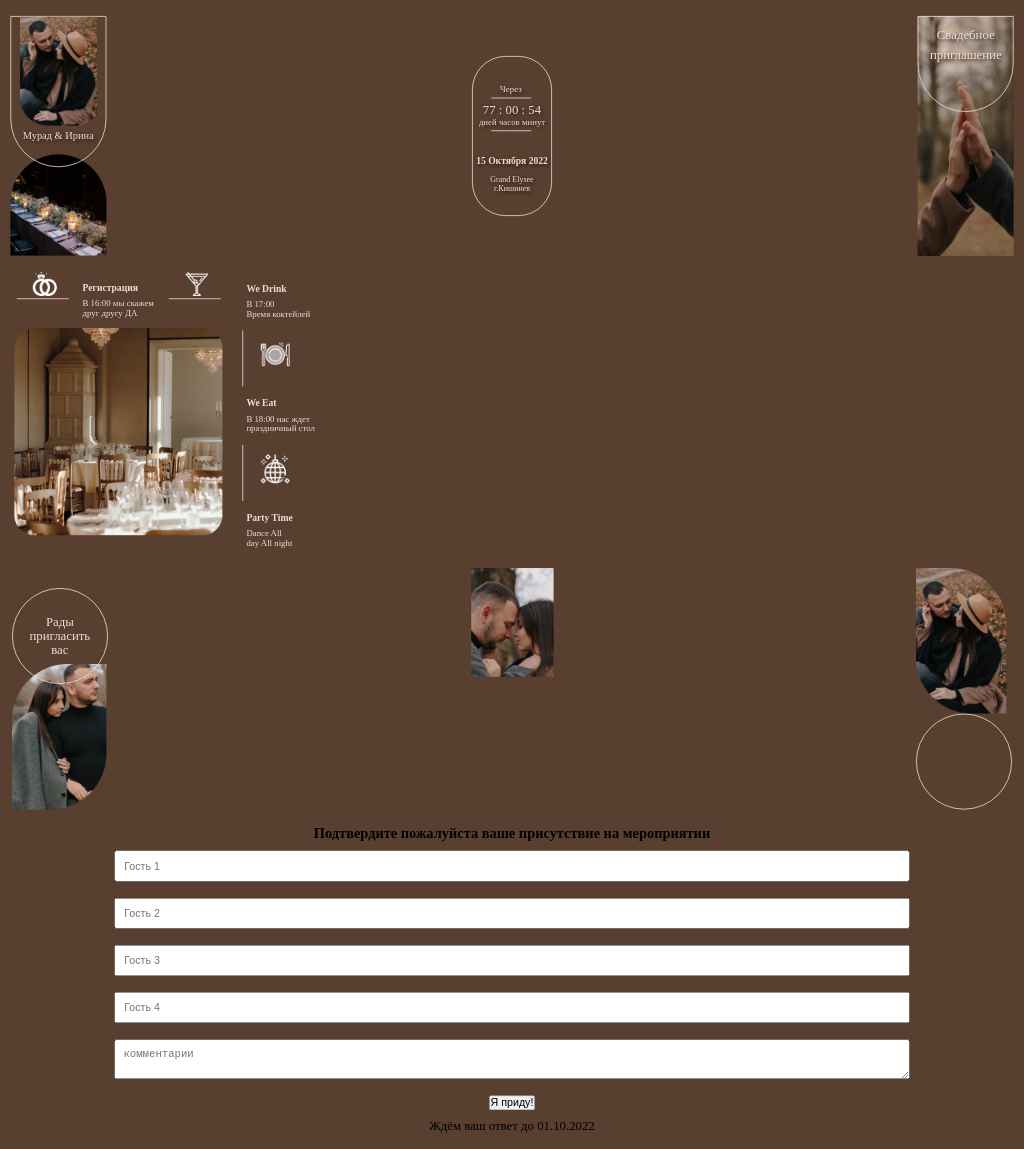
Repository: Anthony8845/wedding_invitation
Page: index.html
The author's editor kept a copy of each file at every save. The page is drawn from the files as they stood at one save, then again after the next save.
The browser window is 1280 px wide. The pictures show the whole page, at 80% of full size.

Above is the page before, as saved 2022-07-30 11:52:54.

After the next save:
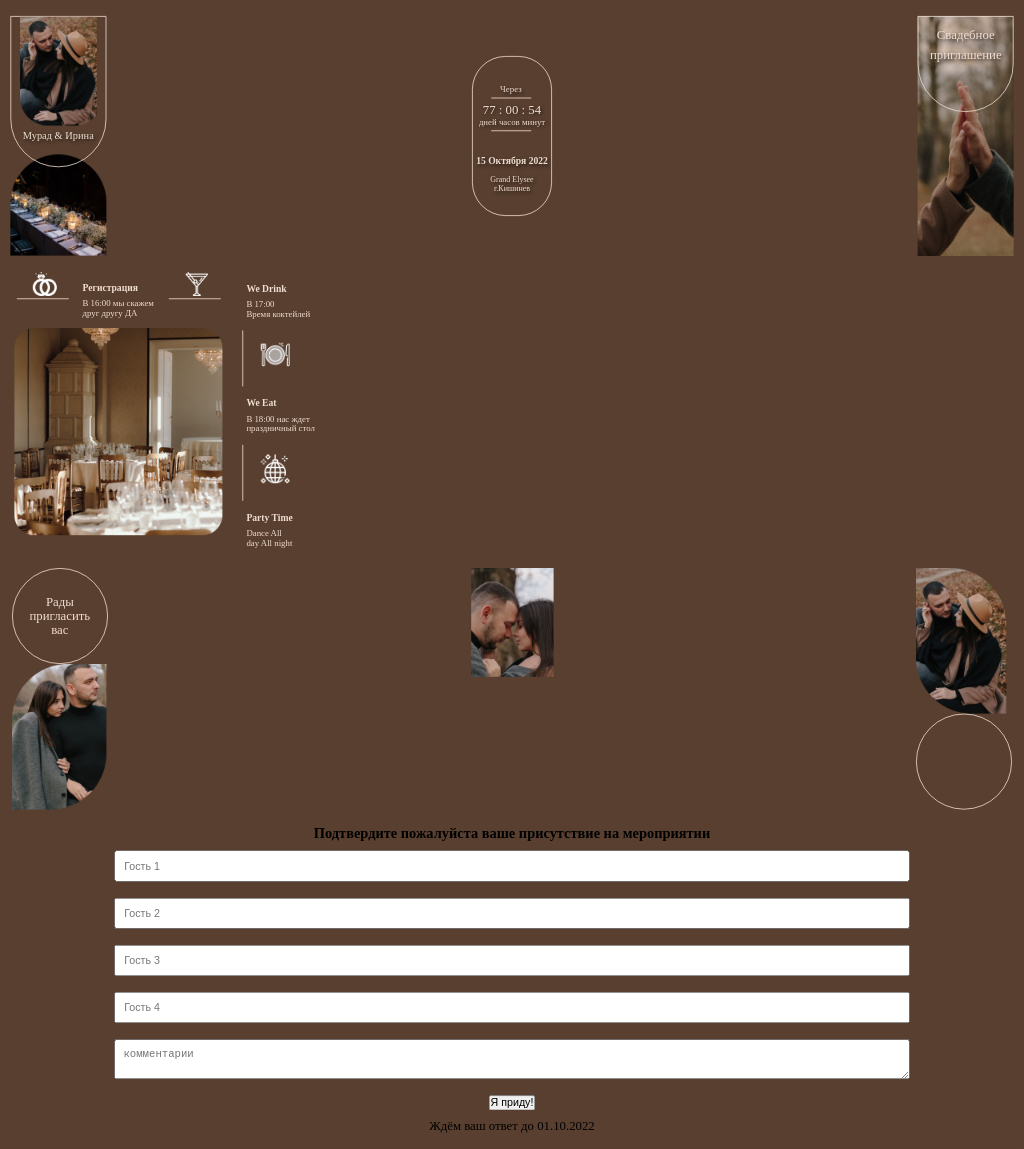
Saved 16 s later.
--- a/style.css
+++ b/style.css
@@ -243,8 +243,7 @@ body{
     height: 300px;
 }
 .one_border {
-    position: relative;
-    top: 25px;
+
     display: flex;
     justify-content: center;
     align-items: center;
@@ -260,7 +259,7 @@ body{
     width: 118px;
     height: 182px;
     background: url(./img/IMG1.png);
-    z-index: 100;
+    z-index: 1;
 }
 .thanks_two {
 }
